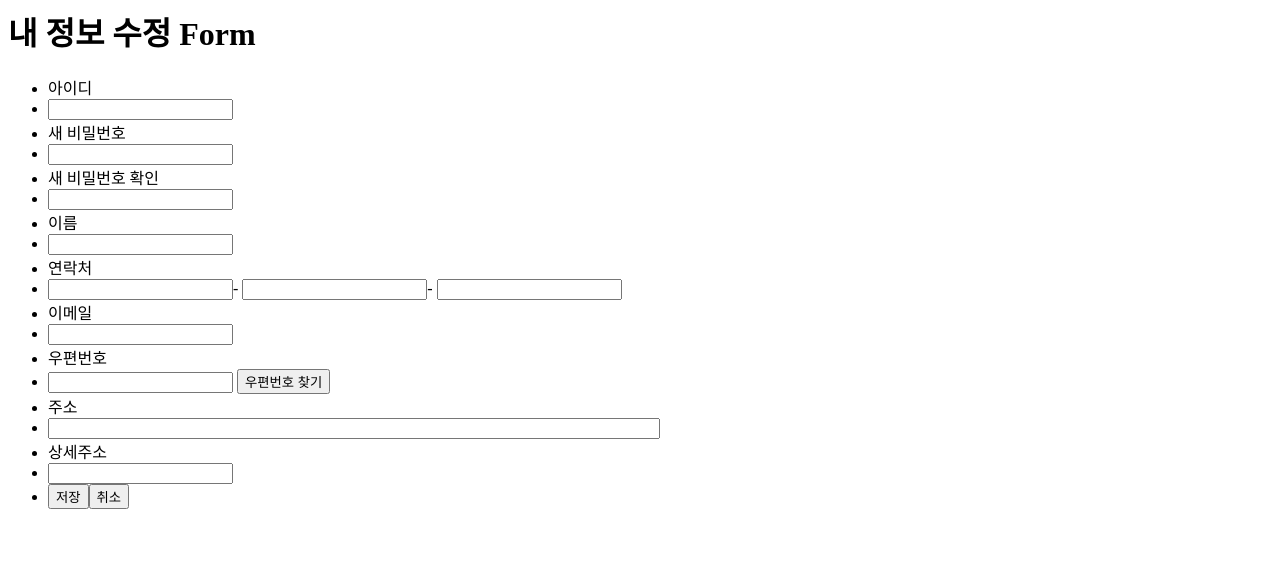
Repository: smg1024/StudySpring
Page: http://localhost/webSpringTest/WEB-INF/views/member/myAccount.jsp
These files come from the project's save history. The page is drawn as it stood at one moment and after the next save; the edit follows.
The browser window is 1280 px wide. The pictures show the whole page.
The page is served by Tomcat 9. Nobody is signed in. The template is opened directly, without the code that normally fills it, so the values that code supplies are empty.

Above is the page before, as saved 2022-12-13 02:32:01.
Console error: ReferenceError: $ is not defined

After the next save:
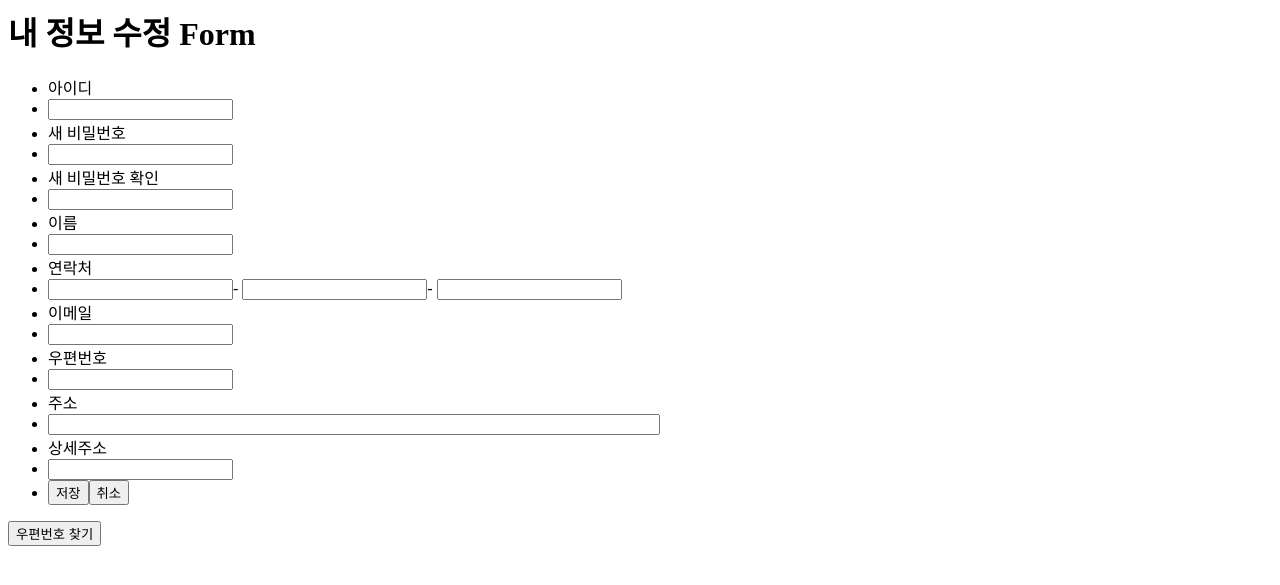
Saved 39 s later.
--- a/webSpringTest/src/main/webapp/WEB-INF/views/member/myAccount.jsp
+++ b/webSpringTest/src/main/webapp/WEB-INF/views/member/myAccount.jsp
@@ -66,7 +66,7 @@
 			<li>우편번호</li>
 			<li>
 				<input type="text" name="zipcode" id="zipcode" value="${ vo.zipcode }">
-				<input type="button" value="우편번호 찾기" id="searchZipcode">
+
 			</li>
 			<li>주소</li>
 			<li><input type="text" name="addr" id="addr" style="width:50%" value="${ vo.addr }"></li>
@@ -74,5 +74,6 @@
 			<li><input type="text" name="detailaddr" id="detailaddr" value="${ vo.detailaddr }"></li>
 			<li><input type="submit" value="저장"><input type="button" value="취소" onclick="history.back()"></li>
 		</ul>
+		<input type="button" value="우편번호 찾기" id="searchZipcode">
 	</form>
 </div>

After the save that followed:
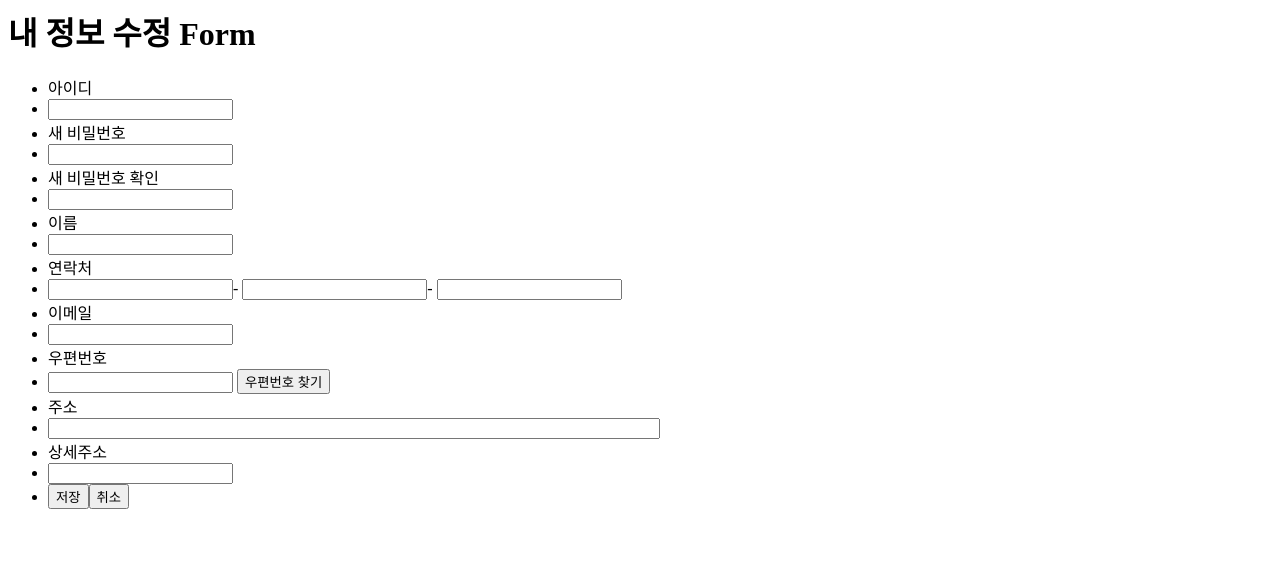
Saved 55 s later.
--- a/webSpringTest/src/main/webapp/WEB-INF/views/member/myAccount.jsp
+++ b/webSpringTest/src/main/webapp/WEB-INF/views/member/myAccount.jsp
@@ -66,7 +66,7 @@
 			<li>우편번호</li>
 			<li>
 				<input type="text" name="zipcode" id="zipcode" value="${ vo.zipcode }">
-
+				<input type="button" value="우편번호 찾기" id="searchZipcode">
 			</li>
 			<li>주소</li>
 			<li><input type="text" name="addr" id="addr" style="width:50%" value="${ vo.addr }"></li>
@@ -74,6 +74,6 @@
 			<li><input type="text" name="detailaddr" id="detailaddr" value="${ vo.detailaddr }"></li>
 			<li><input type="submit" value="저장"><input type="button" value="취소" onclick="history.back()"></li>
 		</ul>
-		<input type="button" value="우편번호 찾기" id="searchZipcode">
+
 	</form>
 </div>
